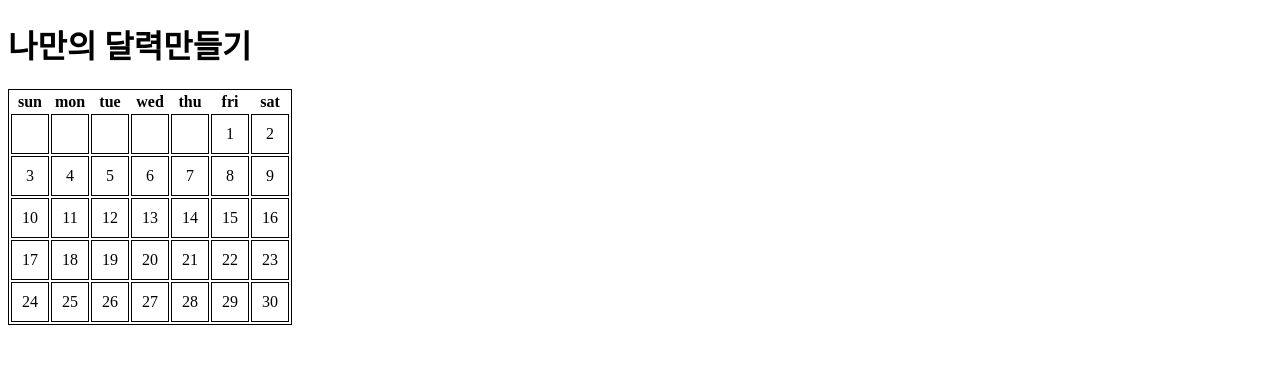
Repository: rong9835/spc2026
Page: homework/calendar.html
An editor plug-in stored every save of this project. The page is shown before and after the next save, followed by the edit.
The browser window is 1280 px wide. The pictures show the whole page.

Above is the page before, as saved 2026-04-22 22:48:13.

After the next save:
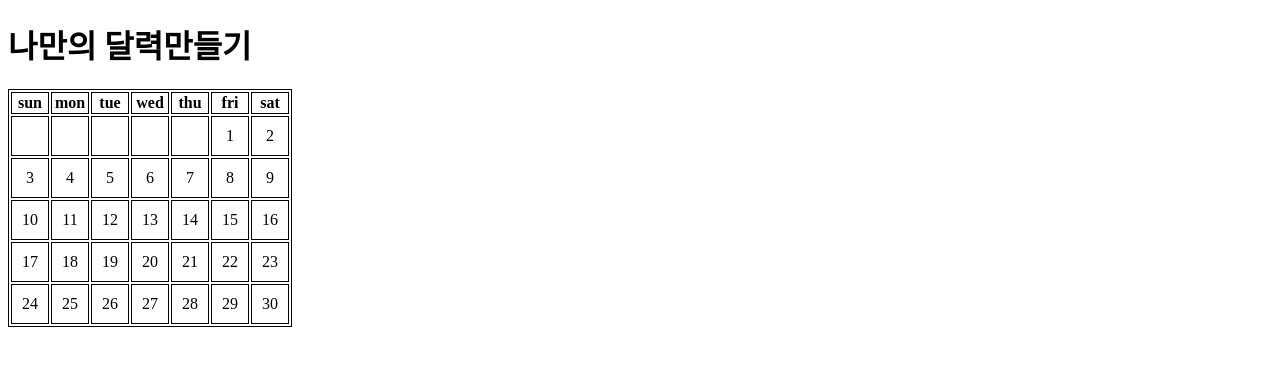
Saved 51 s later.
--- a/homework/calendar.css
+++ b/homework/calendar.css
@@ -6,3 +6,7 @@ table {
   padding: 10px;
   border: 1px solid black;
 }
+
+#calendar th {
+  border: 1px solid black;
+}
